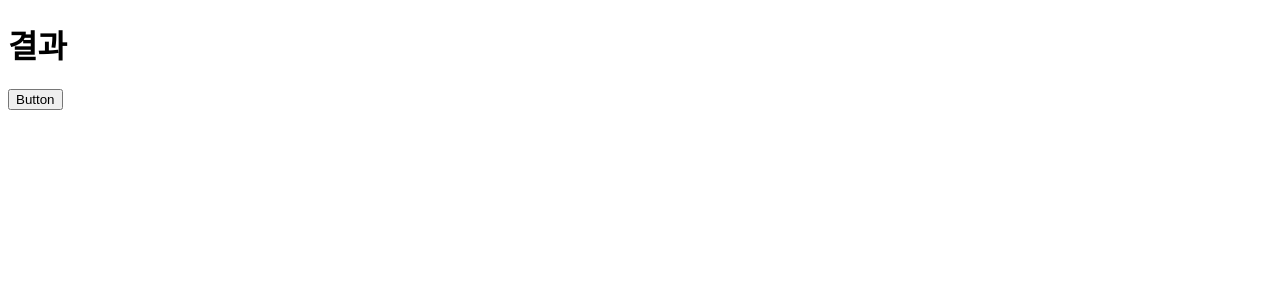
Repository: sujin9335/sever
Page: http://localhost/JSPTest/ex09_ok.jsp
These files come from the project's save history. The page is drawn as it stood at one moment and after the next save; the edit follows.
The browser window is 1280 px wide. The pictures show the whole page.
The page is served by Tomcat 9.

Above is the page before, as saved 2023-10-18 01:22:17.

### JSPTest/src/main/webapp/ex09_ok.jsp
<%@ page language="java" contentType="text/html; charset=UTF-8"
    pageEncoding="UTF-8"%>

<%

	request.setCharacterEncoding("UTF-8");

	String width=request.getParameter("width");
	String height=request.getParameter("height");


%>

<!DOCTYPE html>
<html>
<head>
<meta charset="UTF-8">
<title>Insert title here</title>
<!-- <link rel="stylesheet" href="http://pinnpublic.dothome.co.kr/cdn/example-min.css"> -->
	<style>
		.btn {
			width: <%= width %>px;
			height: <%= height %>px;
		}


	</style>


</head>
<body>

	<h1>결과</h1>

	<div>
		<button class="btn">Button</button>
	</div>


	<script src="https://code.jquery.com/jquery-1.12.4.js"></script>
	<script src="http://pinnpublic.dothome.co.kr/cdn/example-min.js"></script>
	<script>

	</script>

</body>
</html>

After the next save:
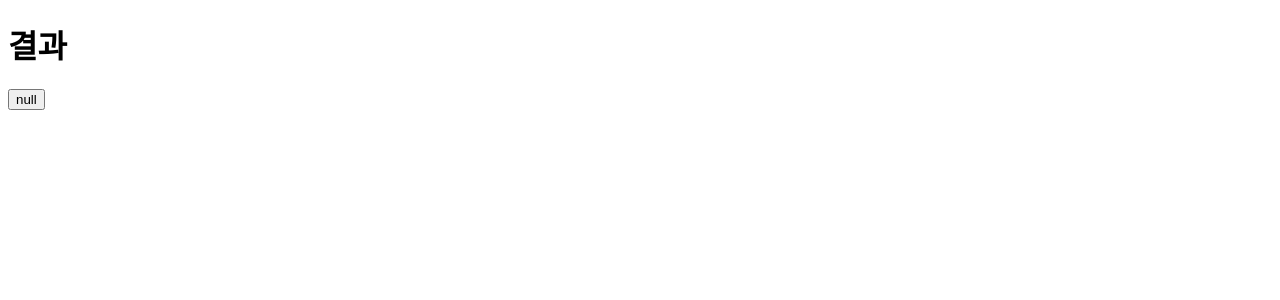
Saved 35 s later.
--- a/JSPTest/src/main/webapp/ex09_ok.jsp
+++ b/JSPTest/src/main/webapp/ex09_ok.jsp
@@ -7,6 +7,7 @@
 
 	String width=request.getParameter("width");
 	String height=request.getParameter("height");
+	String text=request.getParameter("text");
 
 
 %>
@@ -33,7 +34,7 @@
 	<h1>결과</h1>
 
 	<div>
-		<button class="btn">Button</button>
+		<button class="btn"><%= text %></button>
 	</div>
 
 
